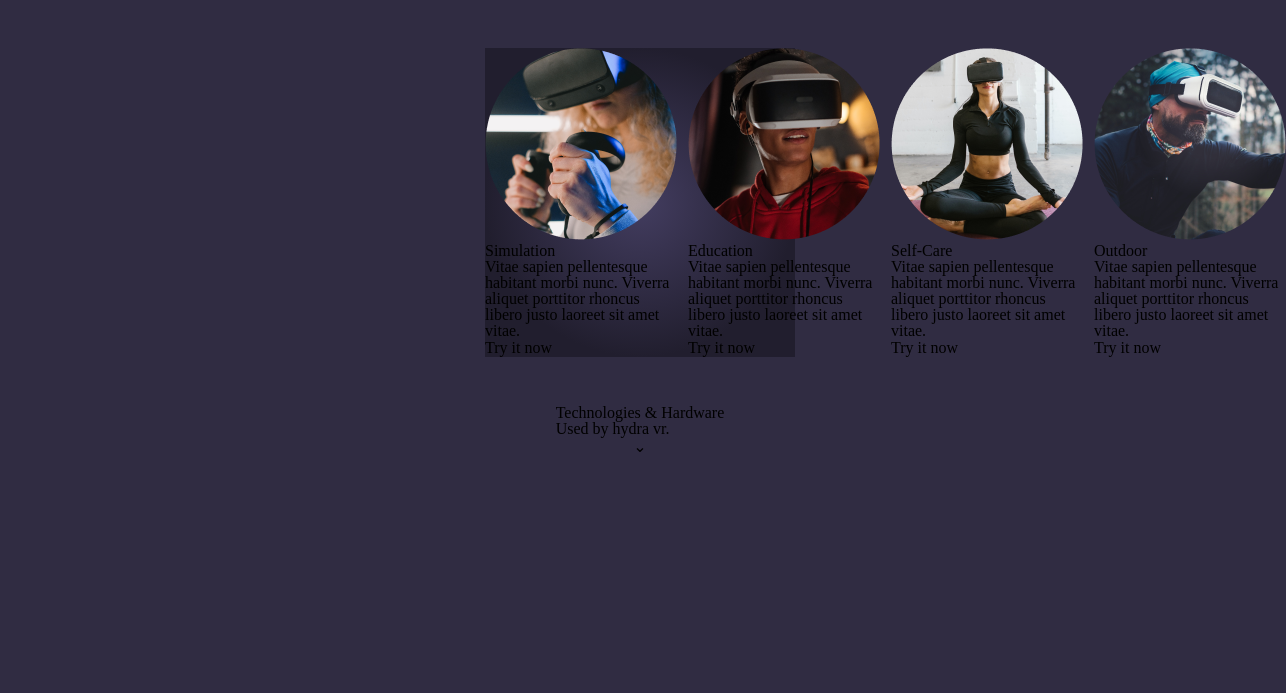
Repository: xMargi/Hydra-LandingPage
Page: index.html
An editor plug-in stored every save of this project. The page is shown before and after the next save, followed by the edit.
The browser window is 1280 px wide. The page is 1286 px wide, so the pictures cover 1286 px, including what lies to the right of the window. The pictures show the whole page.

Above is the page before, as saved 2023-06-07 20:06:57.

After the next save:
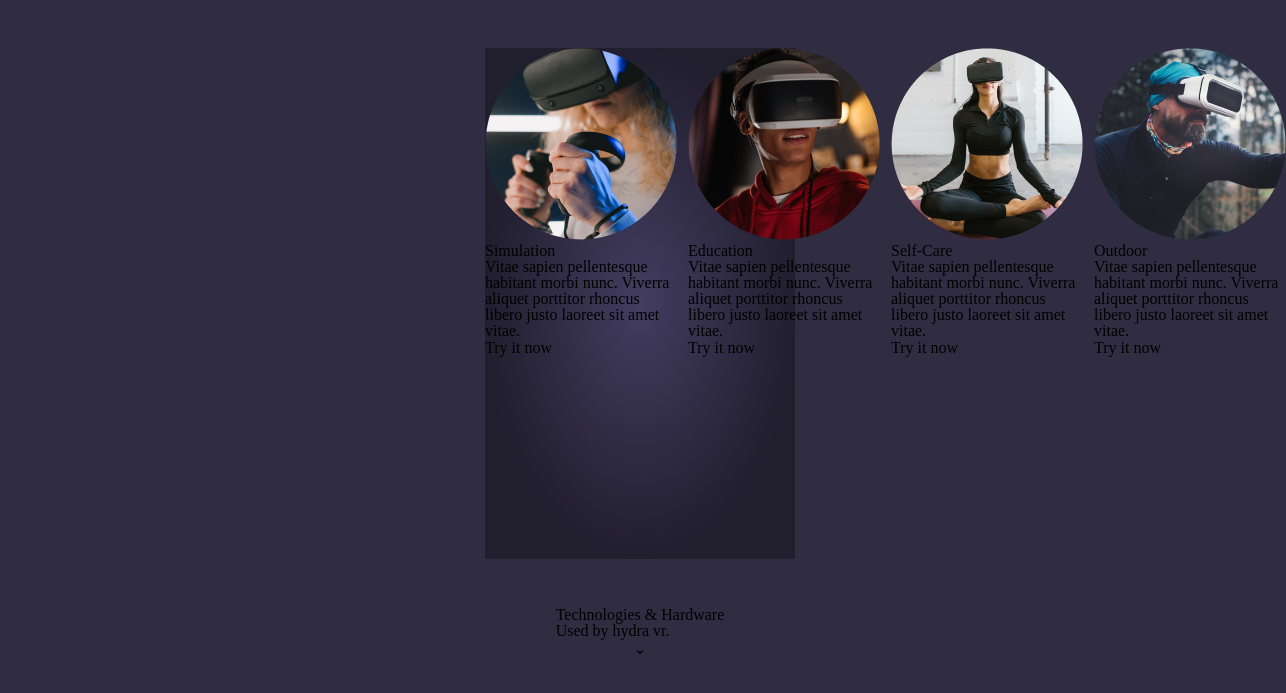
Saved 15 s later.
--- a/style.css
+++ b/style.css
@@ -26,4 +26,5 @@ body{
     background: var(--cor-cartao);
     gap: 0.6875rem;
     width: 310px;
+    height: 511px;
 }
